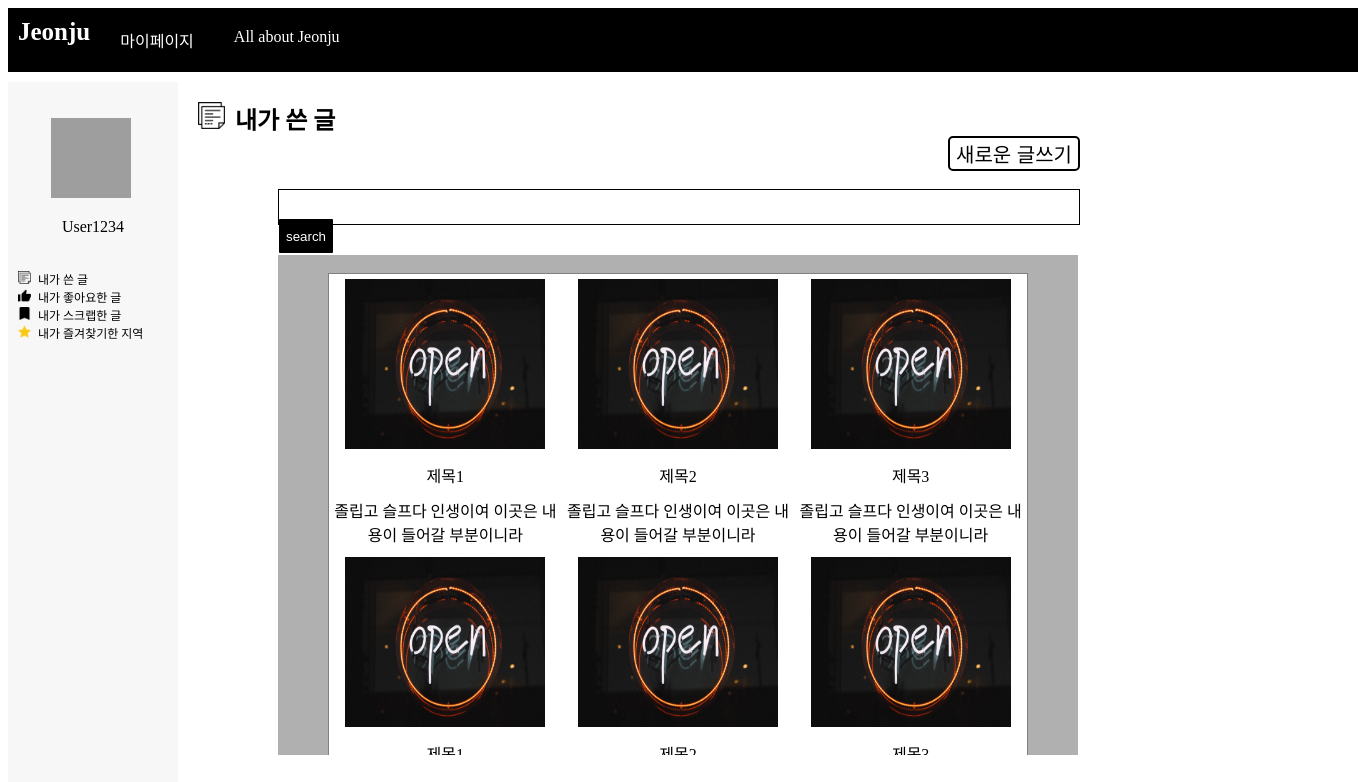
Repository: wka99/WEB-PROJECT
Page: Jeonju/WebContent/UserPage.html
An editor plug-in stored every save of this project. The page is shown before and after the next save, followed by the edit.
The browser window is 1280 px wide. The page is 1358 px wide, so the pictures cover 1358 px, including what lies to the right of the window. The pictures show the whole page.
Pictures or frames that could not be fetched are drawn as grey boxes. An inner scrolling area shows only its first screen. Some web libraries are served in a nearby version.

Above is the page before, as saved 2018-12-03 09:40:41.

### Jeonju/WebContent/UserPage.html
<!DOCTYPE html>
<html>
<head>
<meta content="text/html" charset="EUC-KR">
<script src="https://code.jquery.com/jquery-3.2.1.min.js"></script>
<script>
$(document).ready(function(){
    $("#searchbutton").click(function(event){
    	var keyword=$(".searchtext").val();
    	alert(keyword);
    });
})
</script>
<title>전주 mypage</title>
<link rel="stylesheet" type="text/css" href="NewFile.css">
</head>
<body>
<div id="container">
	<ul class="menubar">
		<li class="h"><a class="title" href="##"><b>Jeonju</b></a></li>
		<li class="h"><a class="h" href="UserPage.html">마이페이지</a>
			<ul>
				<li><a href="UserPage.html"><img id="usermenuimg" src="paper.png"></img> 내가 쓴 글</a></li>
				<li><a href="UserPage2.html"><img id="usermenuimg" src="thumb-up-button.png"></img> 내가 좋아요한 글</a></li>
				<li><a href="UserPage3.html"><img id="usermenuimg" src="bookmark-ribbon.png"></img> 내가 스크랩한 글</a></li>
				<li><a href="UserPage4.html"><img id="usermenuimg" src="star.png"></img> 내가 즐겨찾기한 글</a></li>
			</ul>
		</li>
		<li class="h"><a class="h" href="##">All about Jeonju</a></li>
	</ul>
    <nav>
    	<br><br>
    	<img id="userImg" src="user.png" width="80px" height="80px"></img>
    	<br><p align="center">User1234</p><br></a>
	<div class="menu">
    	<img id="usermenuimg" src="paper.png"></img>
    	<a href="UserPage.html"><span>&nbsp;내가 쓴 글</span><br></a>
    	<img id="usermenuimg" src="thumb-up-button.png"></img>
    	<a href="UserPage2.html"><span>&nbsp;내가 좋아요한 글</span><br></a>
    	<img id="usermenuimg" src="bookmark-ribbon.png"></img>
    	<a href="UserPage3.html"><span>&nbsp;내가 스크랩한 글</span><br></a>
    	<img id="usermenuimg" src="star.png"></img>
    	<a href="UserPage4.html"><span>&nbsp;내가 즐겨찾기한 지역</span></a>
	</div>
    </nav>
    <section>
    	<div class="title">
    		<img class="bigMenu" id="내가 쓴 글" src="paper.png" width="27px" height="27px"></img>
    		<b><font size="5">&nbsp;내가 쓴 글</font></b>
    	</div>
    	<div align="right">
    		<button class="btn-2" onClick="location.href='##sss'">새로운 글쓰기</button>
    	</div>
    	<br>
    	<div class="searchwindow">
    		<input type="text" class="searchtext" value=""/>
    		<button id="searchbutton" type="button" class="search">search</button>
    	</div>
    	<br><br>
    	<div class="myPost">
    	<br>
    	<table id="user-table">
    		<tbody>
    		<tr>
				<td><img src="ds.jpg" width="200px" height="170px"></td>
				<td><img src="ds.jpg" width="200px" height="170px"></td>
				<td><img src="ds.jpg" width="200px" height="170px"></td>
    		</tr>
    		<tr>
    			<td height="10px">제목1</td>
				<td height="10px">제목2</td>
				<td height="10px">제목3</td>
    		</tr>
    		<tr>
    			<td height="50px">졸립고 슬프다 인생이여 이곳은 내용이 들어갈 부분이니라</td>
				<td height="50px">졸립고 슬프다 인생이여 이곳은 내용이 들어갈 부분이니라</td>
				<td height="50px">졸립고 슬프다 인생이여 이곳은 내용이 들어갈 부분이니라</td>
    		</tr>
    		<tr>
				<td><img src="ds.jpg" width="200px" height="170px"></td>
				<td><img src="ds.jpg" width="200px" height="170px"></td>
				<td><img src="ds.jpg" width="200px" height="170px"></td>
    		</tr>
    		<tr>
    			<td height="10px">제목1</td>
				<td height="10px">제목2</td>
				<td height="10px">제목3</td>
    		</tr>
    		<tr>
    			<td height="50px">졸립고 슬프다 인생이여 이곳은 내용이 들어갈 부분이니라</td>
				<td height="50px">졸립고 슬프다 인생이여 이곳은 내용이 들어갈 부분이니라</td>
				<td height="50px">졸립고 슬프다 인생이여 이곳은 내용이 들어갈 부분이니라</td>
    		</tr>
    		</tbody>
    	</table>
    	</div>
    </section>
</div>
</body>
</html>

### Jeonju/WebContent/NewFile.css
	#container{
		width:1350px;
		margin:0px auto;
	}
	header{
		    		width:100%;
                    height:50px;
                    background-color:black;
                    color:white;
                   }
    .menubar{
    	list-style-type:none;
    	margin:0;
    	padding:0;
    	overflow:hidden;
    	background-color:black;
    }
    li.h{
    	float:left;
    	solid #bbb;
    }
    li.h a.h{
    	display:block;
    	color:white;
    	text-align:center;
    	padding:20px;
    	text-decoration:none;
    }
    li.h a.title{
    	display:block;
    	color:white;
    	text-align:center;
    	padding:10px;
    	text-decoration:none;
    	font-size:25px;
    }
    .menubar li ul{
    	opacity:0.8;
		background: rgb(109,109,109);
		display:none; /* 평상시에는 드랍메뉴가 안보이게 하기 */
		height:auto;
		padding:0px;
		margin:0px;
		border:0px;
		position:absolute;
		width:200px;
		z-index:200;
	}
	.menubar li:hover ul{
		display:block; /* 마우스 커서 올리면 드랍메뉴 보이게 하기 */
	}
	.menubar li li {
	background: rgb(109,109,109);
	display:block;
	float:none;
	margin:0px;
	padding:0px;
	width:200px;
	}
	.menubar li:hover li a{
	background:none;
	}
	.menubar li ul a{
	display:block;
    color:white;
    text-align:left;
    text-decoration:none;
    padding:15px;
	}
	.menubar li ul a:hover, .menubar li ul li:hover a{
	background: rgb(71,71,71);
	border:0px;
	color:#ffffff;
	text-decoration:none;
	}
    li.h a.h:hover{background-color:#dfdfdf;}

    .searchwindow {
	display: inline-block;
	width: 800px; height: 34px;
	border: 1px solid black;
	background: white;
	align:center;
	margin-left:100px;
	}
	.searchtext {
		width: 731px; height: 21px;
		margin: 6px 0 0 9px;
		border: 0;
		line-height: 21px;
		font-size: 16px;
		outline: none;
	}
	.searchwindow4 {
	display: inline-block;
	width: 500px; height: 34px;
	border: 1px solid black;
	background: white;
	align:center;
	margin-left:100px;
	}
	.searchtext4 {
		width: 431px; height: 21px;
		margin: 6px 0 0 9px;
		border: 0;
		line-height: 21px;
		font-size: 16px;
		outline: none;
	}
	.search,.search4 {
		width: 54px; height: 34px;
		margin: 0; border: 0;
		vertical-align: top;
		background: black;
		color: white;
		border-radius: 1px;
		cursor: pointer;
	}
	.search:hover,.search4:hover {
		background: #faa93e;
	}

	.btn-2,
	.btn-2::after {
	  -webkit-transition: all 0.3s;
	    -moz-transition: all 0.3s;
	  -o-transition: all 0.3s;
	    transition: all 0.3s;
	}
	.btn-2{
	  background: none;
	  border: 2px solid #000000;
	  border-radius: 5px;
	  color: #000000;
	  display: block;
	  font-size: 20px;

	  position: relative;
	  text-transform: uppercase;
	}

	.btn-2::before,
	.btn-2::after {
	  background: #000000;
	  content: '';
	  position: absolute;
	  z-index: -1;
	}

	.btn-2:hover {
	  color: #fff;
	}

	.btn-2::after {
	  height: 100%;
	  left: 0;
	  top: 0;
	  width: 0;
	}

	.btn-2:hover:after {
	  width: 100%;
	}
    nav{
            float:left;
            margin-top:10px;
            background-color:#f7f7f7;
            width:170px;
            height:700px;}
    section{
    		float:left;
    	}
    #userImg{margin-left:43px;}
    #usermenuimg{margin-left:10px;width:13px;height:13px;}
	.menu{margin-bottom:5px;}
    nav span{font-size:12px;}
    .menu a{color:black;text-decoration:none;}
    header a{color:white;text-decoration:none;}
    .bigMenu{margin-left:20px; margin-top:30px;}
    .myPost,.bookmark_posts{width:800px; height:500px; margin-left:100px; overflow:auto; background-color:#b0b0b0;}
    #user-table,#bookmark-table{margin:0 auto;text-align:center;border-collapse:collapse;width:700px;
                border:1px solid gray; background-color:white;}
    #user-table td,#bookmark-table td{padding:5px;}

After the next save:
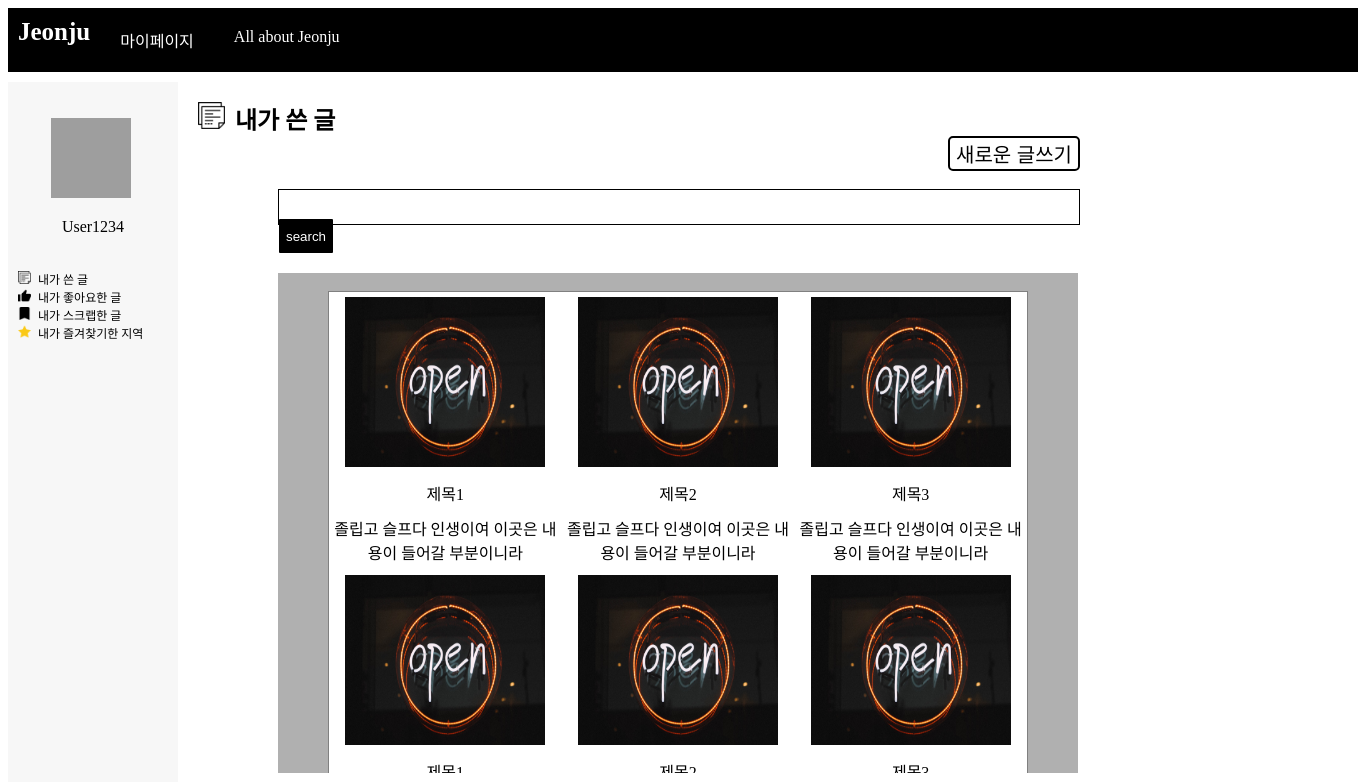
Saved 4 s later.
--- a/Jeonju/WebContent/UserPage.html
+++ b/Jeonju/WebContent/UserPage.html
@@ -52,10 +52,12 @@ $(document).ready(function(){
     		<button class="btn-2" onClick="location.href='##sss'">새로운 글쓰기</button>
     	</div>
     	<br>
+    	<form action="#" method="get">
     	<div class="searchwindow">
     		<input type="text" class="searchtext" value=""/>
     		<button id="searchbutton" type="button" class="search">search</button>
     	</div>
+    	</form>
     	<br><br>
     	<div class="myPost">
     	<br>
